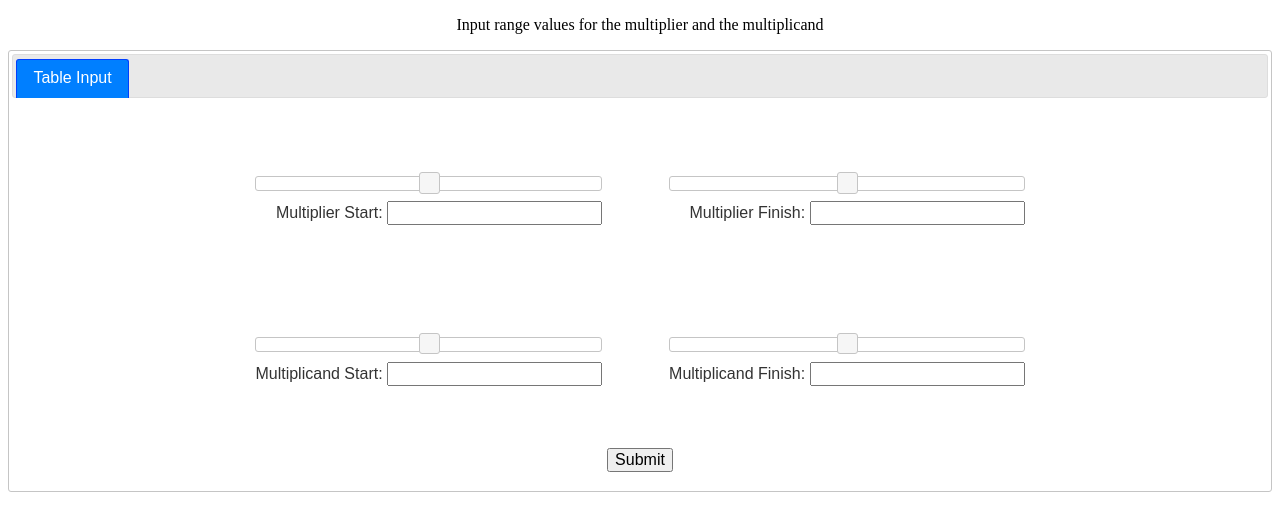
Repository: khrasna/HW4Part2
Page: index.html
The author's editor kept a copy of each file at every save. The page is drawn from the files as they stood at one save, then again after the next save.
The browser window is 1280 px wide. The pictures show the whole page.
Some web libraries are served in a nearby version.

Above is the page before, as saved 2021-11-15 16:27:11.

### index.html
<!-- HTML file for Assignment 3
By Karsten Hrasna  email Karsten_Hrasna@student.uml.edu-->
<!DOCTYPE html>
<html>

<head>
    <title>Multiplication Table</title>
    <link rel="stylesheet" href="style.css">
    <script type="text/javascript" src="https://ajax.googleapis.com/ajax/libs/jquery/3.5.1/jquery.min.js"></script>
    <script type="text/javascript" src="dist/jquery.validate.min.js"></script>
    <script type="text/javascript" src="formvalidate.js"></script>
    <script type="text/javascript"
        src="https://ajax.googleapis.com/ajax/libs/jqueryui/1.11.4/jquery-ui.min.js"></script>
    <link rel="stylesheet" href="https://ajax.googleapis.com/ajax/libs/jqueryui/1.11.4/themes/smoothness/jquery-ui.css">
</head>

<body>
    <p>Input range values for the multiplier and the multiplicand</p>
    <div id="tabs">
        <ul>
            <li><a href='#tab1'>Table Input</a></li>
        </ul>
        <div id="tab1">
            <!-- Learned from W3schools. Creates a form which takes number ranges for multiplier and multiplicand. -->


            <form id="FormInput" action="javascript:void(0);" method="get">
                <!--Learned about javascript:void(0) from Dutchie432 at https://stackoverflow.com/questions/1818249/form-with-no-action-and-where-enter-does-not-reload-page-->
                <table>
                    <tr>

                        <td class="pad">
                            <div id="slider-1"></div>
                            Multiplier Start: <input input="text" name="MultiplierStart">
                        </td>

                        <td>
                            <div id="slider-2"></div>
                            Multiplier Finish: <input type="text" name="MultiplierFinish">
                        </td>
                    </tr>
                    <tr>
                        <td class="pad">
                            <div id="slider-3"></div>
                            Multiplicand Start: <input type="text" name="MultiplicandStart">
                        </td>

                        <td>
                            <div id="slider-4"></div>
                            Multiplicand Finish: <input type="text" name="MultiplicandFinish">
                        </td>
                    </tr>
                </table>
                <input type="submit" value="Submit">
                <!--goes directly under form and processes the input to create a mult table-->
            </form>
        </div>
    </div>


</body>

</html>

### style.css
/*Created by Karsten Hrasna. email: Karsten_Hrasna@student.uml.edu*/
html,
body {
    height: 97%;
    text-align: center;
}

#slider-1,
#slider-2,
#slider-3,
#slider-4 {
    margin-bottom: 10px;
    margin-top: 10px;
}

div#tab1 {
    display: grid;
    grid-template-columns: 100%;
    /* top row of grid holds the form for input, the rest of page holds the multiplication table*/
    grid-template-rows: auto;
    height: 97%;

}

#multTable {
    margin: auto;
    border-collapse: separate;
    border-spacing: 0;
    /*the dynamically sized multiplication table */
    margin-top: 0px;
    border-bottom: 0px;

}

input[type=submit] {
    /* submit button under form spaced here */
    margin-top: 10px;
    margin-bottom: 0px;
}

#multTable td,
th {
    border: solid;
    border-color: black;
    min-width: 70px;
    font-size: 30px;
    height: 70px;
}


#multTable th {
    position: sticky;
    top: 0px;
    border-right: solid;
    border-right-color: white;
    border-bottom: solid;
    border-bottom-color: white;
    background-color: black;
    color: white;

}

#multTable th:first-child {
    position: sticky;
    top: 70px;
    left: 0;
}


.sticky {
    position: fixed;
    top: 0px;
    /* get the headers to stay fixed on mult table */
    width: 100%;
}

#multTable tr:first-child th:first-child {
    border: none;
    background-color: white;
}

#multTable p.inputError {
    margin: 0px;
}

form {
    grid-row: 1;
    margin-bottom: 0px;
}

table {
    margin-left: auto;
    margin-right: auto;
}

form td {
    text-align: right;
    justify-content: right;
    padding: 50px;

    /*line up the input form textboxes*/
}

form p {
    margin: 0px;
}

td.pad {
    padding-right: 15px;
}

### formvalidate.js
$(function () {
    $("#tabs").tabs();

    $("#slider-1").slider({
        min: -50,                       //initialize the four sliders to set the values of their respective input boxes
        max: 50,
        slide: function (event, ui) {
            $('input[name="MultiplierStart"]').val(ui.value);
        }
    });
    $("#slider-2").slider({
        min: -50,
        max: 50,
        slide: function (event, ui) {
            $('input[name="MultiplierFinish"]').val(ui.value);
        }
    });
    $("#slider-3").slider({
        min: -50,
        max: 50,
        slide: function (event, ui) {
            $('input[name="MultiplicandStart"]').val(ui.value);
        }
    });
    $("#slider-4").slider({
        min: -50,
        max: 50,
        slide: function (event, ui) {
            $('input[name="MultiplicandFinish"]').val(ui.value);
        }
    });

    $('input[name="MultiplierStart"]').on('keyup', function () { //if the input boxes values are changed, set the slider to that value
        $("#slider-1").slider("option", "value", $('input[name="MultiplierStart"]').val());
    });

    $('input[name="MultiplierFinish"]').on('keyup', function () {
        $("#slider-2").slider("option", "value", $('input[name="MultiplierFinish"]').val());
    });

    $('input[name="MultiplicandStart"]').on('keyup', function () {
        $("#slider-3").slider("option", "value", $('input[name="MultiplicandStart"]').val());
    });

    $('input[name="MultiplicandFinish"]').on('keyup', function () {
        $("#slider-4").slider("option", "value", $('input[name="MultiplicandFinish"]').val());
    });


    $.validator.addMethod("less", function (value, element, params) {
        if (params[0].value == "") {
            return true; // dont want it to say that the start has to be greater than finish if no finish given. instead it will say to give finish value in other error
        } else {
            return this.optional(element) || +value <= +params[0].value;

        } //checks to make sure that the starts are less than the finishes, learned from
    });                                                           // https://jqueryvalidation.org/jQuery.validator.addMethod/

    var valid = $('input[value="Submit"]').on("click", function () {
        $("#multTable").remove();

        $("#FormInput").validate({
            onkeyup: false,     //this makes it so the validator doesnt update the error messages whenever new input is typed. only validates when submit is hit.
            onfocusout: false,  //learned about onkeyup, and onfocusout at https://www.sitepoint.com/jquery-validation-validate-form-submit/
            rules: {
                MultiplierStart: {
                    digits: true,
                    less: $('input[name="MultiplierFinish"]'),
                    required: true,
                    range: [-50, 50]
                },
                MultiplierFinish: {
                    required: true,
                    digits: true,
                    range: [-50, 50]
                },

                MultiplicandStart: {
                    digits: true,
                    less: $('input[name="MultiplicandFinish"]'),
                    required: true,
                    range: [-50, 50]
                },

                MultiplicandFinish: {
                    digits: true,
                    required: true,
                    range: [-50, 50]
                }
            },

            messages: {
                MultiplierStart: {
                    digits: "Multiplier Start must be a digit",
                    required: "Multiplier Start must be a digit between -50 and 50",
                    range: "The range of Multiplier Start must stay within -50 and 50",
                    less: "The value of Multiplier Start must be less than or equal to Multiplier Finish."
                },

                MultiplierFinish: {
                    digits: "Multiplier Finish must be a digit",
                    required: "Multiplier Finish must be a digit between -50 and 50",
                    range: "The range of Multiplier Finish must stay within -50 and 50",
                },

                MultiplicandStart: {
                    digits: "Multiplicand Start must be a digit",
                    required: "Multiplicand Start must be a digit between -50 and 50",
                    range: "The range of Multiplicand Start must stay within -50 and 50",
                    less: "The value of Multiplicand Start must be less than or equal to Multiplicand Finish."
                },

                MultiplicandFinish: {
                    digits: "Multiplicand Finish must be a digit",
                    required: "Multiplicand Finish must be a digit between -50 and 50",
                    range: "The range of Multiplicand Finish must stay within -50 and 50",
                }
            },

            errorPlacement: function (error, element) {
                $(error).appendTo($(('#FormInput')));
            },
            errorElement: "p"

        });

        if ($("#FormInput").valid()) {
            process();
        }

    });

});

function process() {
    debugger;
    var multStart = $('input[name="MultiplierStart"]').val();
    var multFinish = $('input[name="MultiplierFinish"]').val();
    var multiplicandStart = $('input[name="MultiplicandStart"]').val();
    var multiplicandFinish = $('input[name="MultiplicandFinish"]').val();

    if (document.getElementById("multTable")) { //remove old table
            var old = document.getElementById("multTable");
            old.remove();
    };

     //clear old table and create a table with size based on input given
    const rowVals = [];
    const colVals = []; //these will hold the values of the multiplier and multiplicand
    var rows = multFinish - multStart;
    var cols = multiplicandFinish - multiplicandStart;
    var tabs = $("#tabs ul li").length + 1; //number of tabs, learned from https://stackoverflow.com/questions/14702631/in-jquery-ui-1-9-how-do-you-create-new-tabs-dynamically
    for (var i = 0; i <= cols; i++) {
        colVals[i] = (+multiplicandStart + +i); //save the values of the numbers being multiplied
    }
    for (var i = 0; i <= rows; i++) {
        rowVals[i] = (+multStart + +i);
    }
    var table = createTable(rows, cols, rowVals, colVals); //create table based on total rows and cols, and top and left are the sets of multipliers and multiplicands
    table.id = "multTable";
    //adds list item to tab list with parameters as title
    $("#tabs ul").append("<li><a href='#tab" + tabs + "'>" + multStart + " " + multFinish + " " + multiplicandStart + " " + multiplicandFinish + "</a></li>");
    $("#tabs").append("<div id='tab" + tabs + "'>" + multStart + " " + multFinish + " " + multiplicandStart + " " + multiplicandFinish + "</div>");
    $("#tab" + tabs).appendTo(table);
    $("#tabs").tabs("refresh");

}

function createTable(rows, cols, rowVals, colVals) {
    var t = document.createElement('table');
    for (var x = 0; x <= rows + 1; x++) { // rows and cols + 1 to indicate ranges of numbers
        var r = document.createElement('tr');
        t.appendChild(r);
        for (var y = 0; y <= cols + 1; y++) {   //creates the cols of the table row by row
            if (y == 0) {
                var c = document.createElement('th'); //create and insert element based on position in table
                c.id = "topHeader";
                if (x != 0) {
                    c.innerHTML = rowVals[x - 1]; // - 1 because it is moved over 1 to the right
                }
            } else if (x == 0) {
                var c = document.createElement('th');
                if (y != 0) {
                    c.innerHTML = colVals[y - 1];
                }
            } else {
                var c = document.createElement('td');
                c.innerHTML = rowVals[x - 1] * colVals[y - 1];
                if (((y % 2) + (x % 2)) == 0 || ((y % 2) + (x % 2)) == 2) { // checker board effect
                    c.style.backgroundColor = "gray";
                }
            }
            r.appendChild(c);
        }
    }
    return t;
}

Loaded but not shown: dist/jquery.validate.min.js (library)

After the next save:
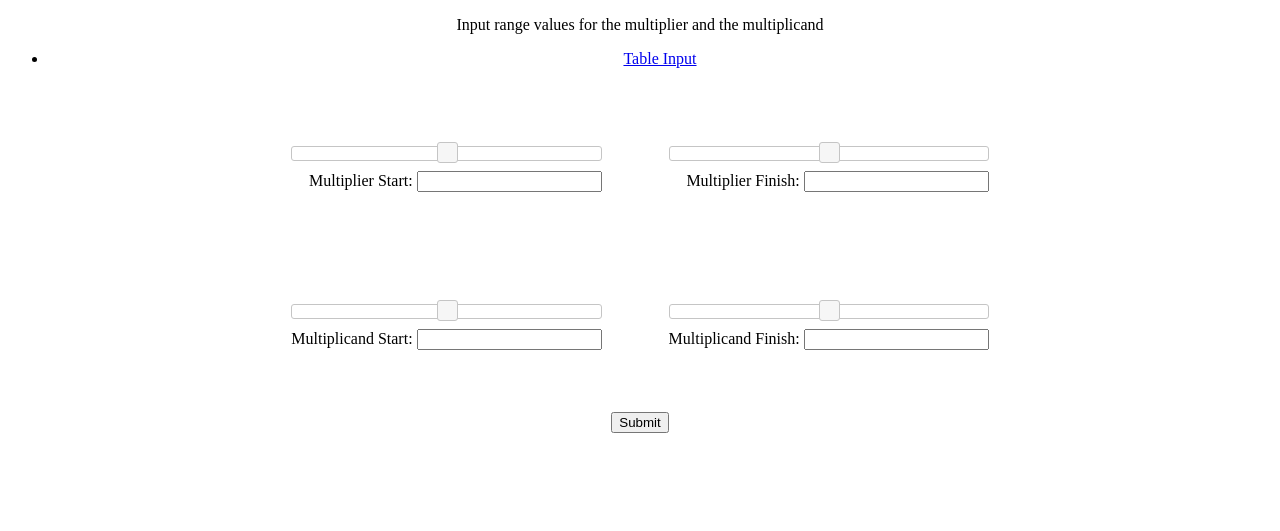
Saved 57 s later.
--- a/formvalidate.js
+++ b/formvalidate.js
@@ -1,5 +1,4 @@
 $(function () {
-    $("#tabs").tabs();
 
     $("#slider-1").slider({
         min: -50,                       //initialize the four sliders to set the values of their respective input boxes
@@ -162,7 +161,6 @@
     $("#tabs ul").append("<li><a href='#tab" + tabs + "'>" + multStart + " " + multFinish + " " + multiplicandStart + " " + multiplicandFinish + "</a></li>");
     $("#tabs").append("<div id='tab" + tabs + "'>" + multStart + " " + multFinish + " " + multiplicandStart + " " + multiplicandFinish + "</div>");
     $("#tab" + tabs).appendTo(table);
-    $("#tabs").tabs("refresh");
 
 }
 

After the save that followed:
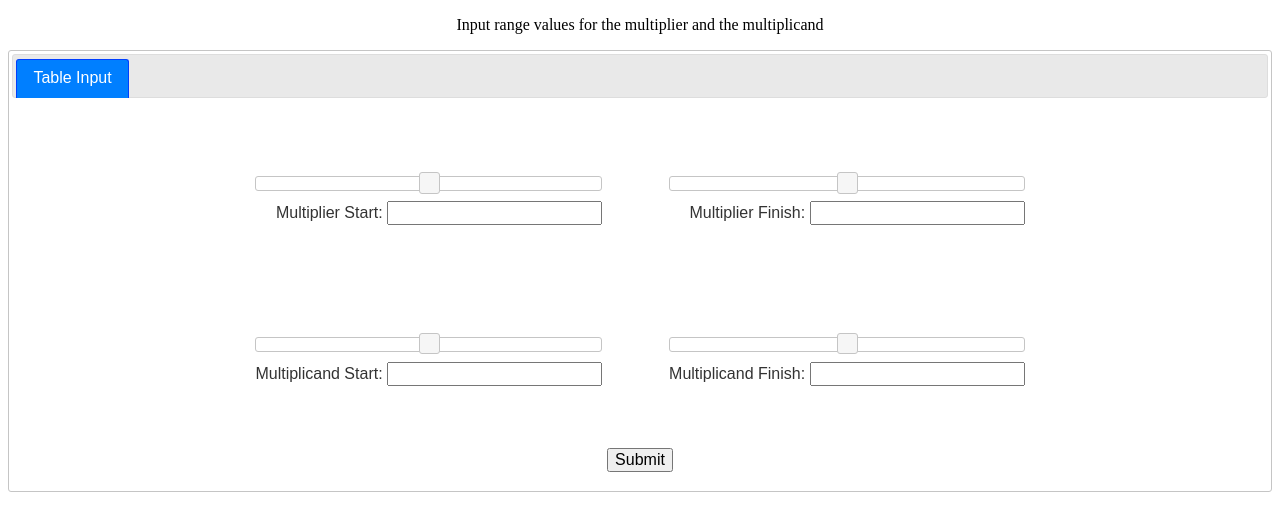
Saved 7 s later.
--- a/formvalidate.js
+++ b/formvalidate.js
@@ -1,4 +1,5 @@
 $(function () {
+    $("#tabs").tabs();
 
     $("#slider-1").slider({
         min: -50,                       //initialize the four sliders to set the values of their respective input boxes
@@ -161,6 +162,7 @@
     $("#tabs ul").append("<li><a href='#tab" + tabs + "'>" + multStart + " " + multFinish + " " + multiplicandStart + " " + multiplicandFinish + "</a></li>");
     $("#tabs").append("<div id='tab" + tabs + "'>" + multStart + " " + multFinish + " " + multiplicandStart + " " + multiplicandFinish + "</div>");
     $("#tab" + tabs).appendTo(table);
+    $("#tabs").tabs("refresh");
 
 }
 
